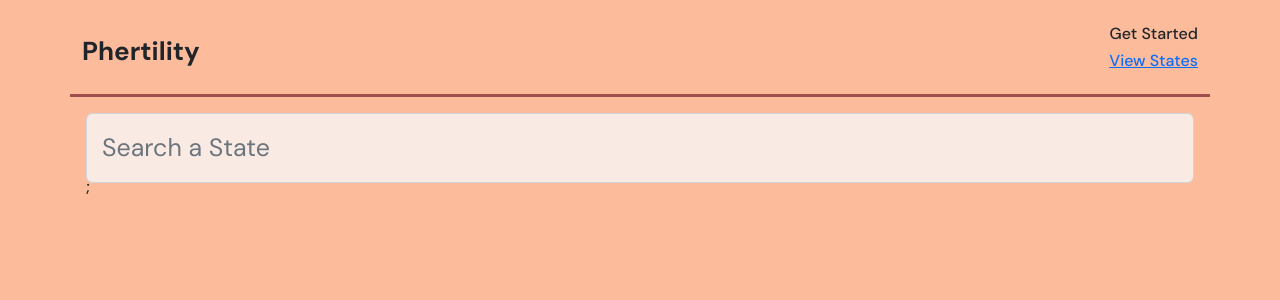
Repository: KaiDubauskas/phertility
Page: /states (app in frontend/app/)
The author's editor kept a copy of each file at every save. The page is drawn from the files as they stood at one save, then again after the next save.
The browser window is 1280 px wide. The pictures show the whole page.
The page's requests for data from a server got no answer. The project was rebuilt for these pictures with package versions that can differ from the ones it lists, and the page was loaded fresh each time. No one was signed in, and anything a server would have sent is missing. Also part of the build but not shown: frontend/app/src/CurrentLocation.js, frontend/app/src/Map.js, frontend/app/src/Images/index.js, frontend/app/src/components/homepage.js.

Above is the page before, as saved 2022-10-23 02:34:26.

### frontend/app/public/index.html
<!DOCTYPE html>
<html lang="en">
  <head>
    <meta charset="utf-8" />

    <meta name="viewport" content="width=device-width, initial-scale=1" />
    <meta name="theme-color" content="#000000" />
    <meta
      name="description"
      content="Web site created using create-react-app"
    />
    <!--
      manifest.json provides metadata used when your web app is installed on a
      user's mobile device or desktop. See https://developers.google.com/web/fundamentals/web-app-manifest/
          <link rel="icon" href="%PUBLIC_URL%/favicon.ico" />
            <link rel="manifest" href="%PUBLIC_URL%/manifest.json" />
    -->

    <!--
      Notice the use of %PUBLIC_URL% in the tags above.
      It will be replaced with the URL of the `public` folder during the build.
      Only files inside the `public` folder can be referenced from the HTML.

      Unlike "/favicon.ico" or "favicon.ico", "%PUBLIC_URL%/favicon.ico" will
      work correctly both with client-side routing and a non-root public URL.
      Learn how to configure a non-root public URL by running `npm run build`.
    -->
    <title>React App</title>
  </head>
  <body>
    <noscript>You need to enable JavaScript to run this app.</noscript>
    <div id="root"></div>
    <!--
      This HTML file is a template.
      If you open it directly in the browser, you will see an empty page.

      You can add webfonts, meta tags, or analytics to this file.
      The build step will place the bundled scripts into the <body> tag.

      To begin the development, run `npm start` or `yarn start`.
      To create a production bundle, use `npm run build` or `yarn build`.
    -->
  </body>
</html>

### frontend/app/src/index.js
import React from 'react';
import ReactDOM from 'react-dom/client';
import './index.css';
import App from './App';
import { BrowserRouter } from "react-router-dom";


const root = ReactDOM.createRoot(document.getElementById('root'));
root.render(
    // <React.StrictMode>
      <BrowserRouter>
        <App />
      </BrowserRouter>
    // </React.StrictMode>
);

### frontend/app/src/App.js
import './App.css';
import Map from './Map';
import { Routes, Route, Link, useRoutes } from 'react-router-dom';
import "bootstrap/dist/css/bootstrap.min.css";
import Homepage from "./components/homepage.js";
import Header from "./components/header.js";
import States from "./components/states.js"

function App() {
  return (
    <div className="App">
      <Header/>
      <Routes>
        <Route path="/" element={<Homepage/>}/>
        <Route path="/map" element={<Map/>}/>
        <Route path="/states" element={<States/>}/>
      </Routes>

    </div>
  );
}

export default App;

### frontend/app/src/App.css
@import url('https://fonts.googleapis.com/css2?family=DM+Sans:wght@400;500;700&display=swap');

* {
  background-color: #fcbc9c;
  font-family: 'DM Sans', sans-serif;
  font-weight: 500;
}

.App {
  height: 100vh;
  background-color: #fcbc9c;
}

.sticky-top {
  position: sticky;
  top: 0;
  z-index: 1020;
}

.brdr {
  border-bottom-style: solid;
  border-bottom-color: rgb(160, 78, 78);
}

.logo-title {
  font-size: 26px;
  font-weight: 700;
}

.jumbot {
  height: calc(100vh + -160px);
}

/* .mapWords{
  height: calc(100vh + -160px);
} */

.btnStart {
  background-color: #f56c7a;
  text-decoration: none;
  font-weight: 450;
  border: none;
  border-radius: 0.8em;
  font-size: 1.25em;
  width: 6.5em;
  height: 48px;
}

.btnStart:hover {
  background-color: #eb4e5d;
}

### frontend/app/src/components/header.js
import React, { useState, useEffect } from "react";
import { Routes, Route, Link, useRoutes } from 'react-router-dom';
import "bootstrap/dist/css/bootstrap.min.css";
import '../App.css';


const Header = () => {
    return (
        <nav class="sticky-top py-3 py-lg-7 bg-">
            <div class="d-block">
                <div class="container">
                    <div class="row align-items-center justify-content-between pt-2 pb-3 brdr">
                        <div class="col-5 logo-title">
                            Phertility
                        </div>
                        <div class="col-7 text-end">
                            <h6>Get Started</h6>
                            <Link to={{
                                pathname: `/states`,

                            }}>
                            <h6>View States</h6>
                            </Link>
                        </div>
                    </div>
                </div>
            </div>
        </nav>
    )
}

export default Header;

### frontend/app/src/components/states.js
import React, {useState, useEffect} from 'react';
import {doc, setDoc, getDocs, collection, startAfter} from "firebase/firestore";
import {db} from './database';
import 'bootstrap/dist/css/bootstrap.min.css';
import Card from 'react-bootstrap/Card';
import Form from 'react-bootstrap/Form';
import CardGroup from 'react-bootstrap/CardGroup';
import '../states.css';
import '../App.css';


function States(){

    const [searchState, setSearchState]=useState("");
    const [latest, setLatest]=useState([]);
    const [result, setResult]=useState([]);
    useEffect(() => {
        let newArr = [];
        getDocs(collection(db, "policies")).then((states) => {
        states.forEach((state) =>
          newArr.push({
            name: state.id,
            policy: state.data().policy,
            imgLink: state.data().imgLink,
            numFacilities: state.data().noOfFacilities,
            percentAborted: state.data().percentageAborted,
            totalAbortion: state.data().totalAbortion
          })
        );
        console.log(newArr);
        setResult(newArr);
      });
    }, []);
    const filterState= result.filter(item=> {
        return searchState!== "" ? item.name.includes(searchState) : item;
      });


    const states= filterState.map((data, i) => {
        return (

        <div class="container-fluid cardFull justify-content-between align-items-center px-0">
            <Card
            key={i}
            bg="light"
            text="dark"
            className="text-center theCard ml-0"
            >
          {/* <Card.Img class="cardImg" src={data.imgLink} alt="Card Image" /> */}
          {/* <Card.ImgOverlay> */}
          <Card.Body class="container-fluid cardBody">
            {/* <div class="container-fluid"> */}
            <Card.Title class="cardTitle"> <b>{data.name}</b></Card.Title>
            <Card.Text class="cardText"> Policies: {data.policy} </Card.Text>
            <Card.Text class="cardText"> Number of Facilities: <b>{data.numFacilities}</b> </Card.Text>
            <Card.Text class="cardText"> Percentage of Pregnancies Aborted: <b>{data.percentAborted}</b> </Card.Text>
            <Card.Text class="cardText"> Total Abortions in Past Year: <b>{data.totalAbortion}</b> </Card.Text>
            {/* </div> */}

          </Card.Body>
          {/* </Card.ImgOverlay> */}
            </Card>
        </div>

      );
    });

return (
<div class="container px-3">
<Form className="form">
<Form.Group className="search" controlId="formGroupSearch">
<Form.Control
type="text"
placeholder="Search a State"
onChange={e=> setSearchState(e.target.value)}
/>
</Form.Group>
</Form>
<div className="countries justify-content-between align-items-center">
      {states};
</div>
</div>
)
};

export default States

### frontend/app/src/Map.css
 *{
    background-color: transparent;
}
.mapContainer{
    height: calc(96vh + -130px);
    /* height: 80vh; */
    background-color: transparent;
    margin: 8px 0px 8px 0px;
}
.marker-image{
    text-align: center;
    display: flex;
	position: relative;
	cursor: pointer;
	perspective: 800px;
    z-index: 0;
}
.marker-image img {
    height: 55px;
    z-index: 0;
}
.marker-image:hover img {
    z-index: 0;
}
.theImg{
    z-index: 0;

}
.marker-image .details {
	width: 120px;
	height: auto;
	padding: 7px;
    padding-top: 12px;
	position: fixed;
    border-radius: 0.8rem;
    align-items: center;
	content: "";
	top: 135px;
	left: 100%;
	transform: translate(-50%, -50%) rotateY(90deg);
	transform-origin: 50%;
	background: rgb(244, 176, 176);
	/* transition: all 0.4s ease-in; */
    z-index: 1;
}
.marker-image:hover .details {
	transform: translate(-37%, -55%) rotateY(0deg);
	opacity: 1;
    z-index: 1;
}

.containerIcon{
    align-items: center;

}
.block {
    align-items: center;

}
/* .loc-name{
    font-size: 10px;
    font-weight: bold;
    font-family: 'Raleway', sans-serif;
    font-family: 'Ubuntu', sans-serif;
}
.loc-add{
    font-size: 10px;
    font-family: 'Raleway', sans-serif;
    font-family: 'Ubuntu', sans-serif;
} */

### frontend/app/src/components/database.js
// Import the functions you need from the SDKs you need
import { initializeApp } from "firebase/app";
import {getFirestore} from "firebase/firestore";


// Your web app's Firebase configuration
// For Firebase JS SDK v7.20.0 and later, measurementId is optional
const firebaseConfig = {
    apiKey: "AIzaSyAyKVyTtIHEFPmZgM5wI_1ea4q7TUAxClQ",
    authDomain: "abortion-policy-project.firebaseapp.com",
    databaseURL: "https://abortion-policy-project-default-rtdb.firebaseio.com",
    projectId: "abortion-policy-project",
    storageBucket: "abortion-policy-project.appspot.com",
    messagingSenderId: "798743301439",
    appId: "1:798743301439:web:de466c3ecc408244cf578a",
    measurementId: "G-H2Y1R85YSG"
  };

  // Initialize Firebase
  const app = initializeApp(firebaseConfig);
  export const db = getFirestore(app);

### frontend/app/src/states.css
 *{
  background-color: #fcbc9c;
 }
 .cardFull{
  background-color: #fcbc9c;
  font-family: 'DM Sans', sans-serif;
  font-weight: 500;
  align-items: center;
  justify-content: between;
}

.countries{
  background-color: #fcbc9c;
    display: grid;
    grid-template-columns: 33% 33% 33%;
    column-gap: 10px;
    line-height: 50%;

  }

.cardBody{
  background-color: #f9ebe4;
  height: 100%;
  position: relative;
  align-items: center;
  justify-content: between;
  line-height: normal;
  overflow-y: scroll;
}
.theCard{
  background-color: #f9ebe4;
  border-radius: 2rem;
  margin: 10px;
  height: 390px;
  overflow: hidden;
  padding-bottom: 1px;
  align-items: end;
  justify-content: end;
}

.theCard > *{
  background-color: #f9ebe4;
}

/* .cardBody > b{
  margin:3px;
  height: 10px;
} */
.form input{
  background-color: #f9ebe4;
    padding: 15px;
    font-size: 25px;
    color: black;
  }

  .cardText{
    background-color: #f9ebe4;
    margin: 15px 12px;
    font-size: 16px;

  }

  .cardTitle{
    padding-bottom: 5px;
    border-bottom: 1px solid black;
    background-color: #f9ebe4;
    margin: 20px;
    font-size: 22px;
    font-weight: bold;
  }
  b{
    background-color: #f9ebe4;
  }

  .cardImg{
    opacity: 0.5;
  }

Loaded but not shown: frontend/app/src/index.css (common file)

After the next save:
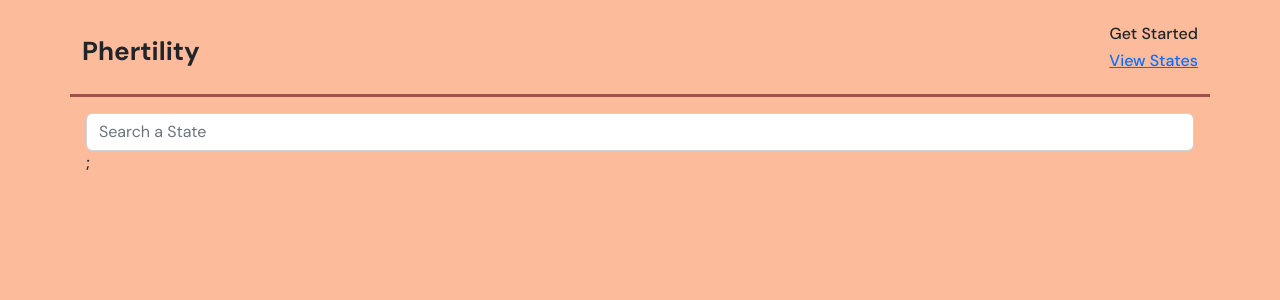
Saved 9 s later.
--- a/frontend/app/src/components/states.js
+++ b/frontend/app/src/components/states.js
@@ -5,7 +5,7 @@
 import Card from 'react-bootstrap/Card';
 import Form from 'react-bootstrap/Form';
 import CardGroup from 'react-bootstrap/CardGroup';
-import '../states.css';
+// import '../states.css';
 import '../App.css';
 
 

After the 2 saves that followed:
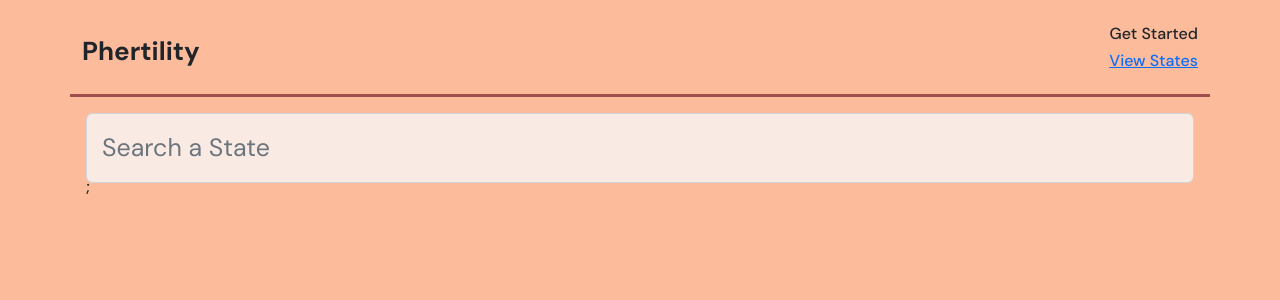
The 2 saves are shown as one change because 1 left the picture as it was.
The last was saved 14 s later.
--- a/frontend/app/src/components/states.js
+++ b/frontend/app/src/components/states.js
@@ -5,7 +5,7 @@
 import Card from 'react-bootstrap/Card';
 import Form from 'react-bootstrap/Form';
 import CardGroup from 'react-bootstrap/CardGroup';
-// import '../states.css';
+import '../states.css';
 import '../App.css';
 
 
--- a/frontend/app/src/states.css
+++ b/frontend/app/src/states.css
@@ -1,6 +1,4 @@
- *{
-  background-color: #fcbc9c;
- }
+
  .cardFull{
   background-color: #fcbc9c;
   font-family: 'DM Sans', sans-serif;
